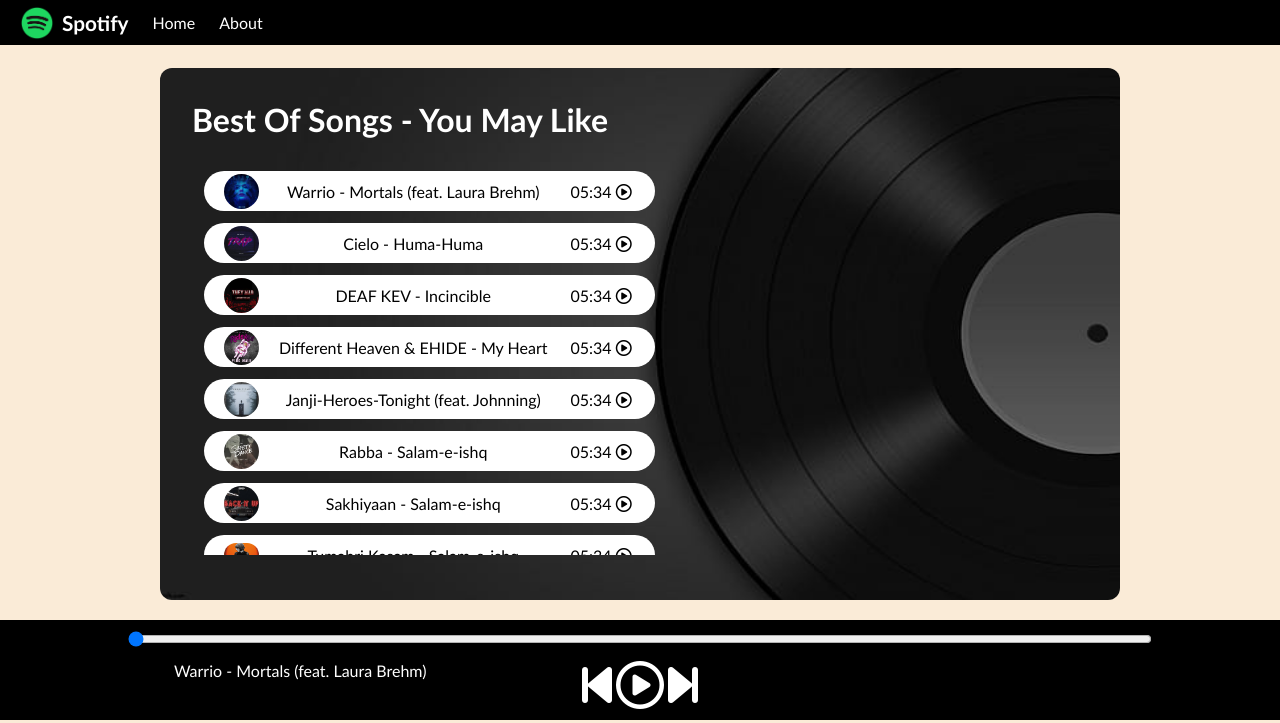
Repository: Chiranshukapil/Spotify-Project
Page: index.html
An editor plug-in stored every save of this project. The page is shown before and after the next save, followed by the edit.
The browser window is 1280 px wide. The pictures show the whole page.
Some web libraries are served in a nearby version.

Above is the page before, as saved 2024-06-26 17:38:33.

After the next save:
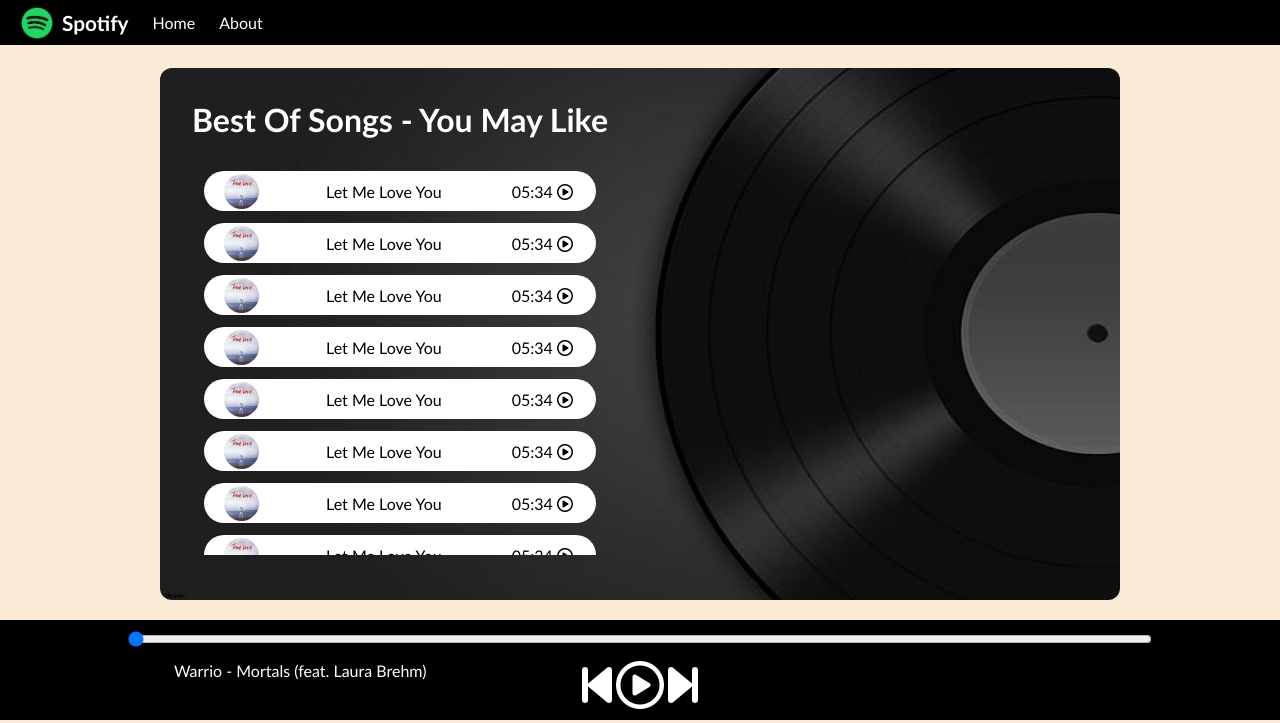
Console error: SyntaxError: Unexpected token '{'
Saved 44 s later.
--- a/script.js
+++ b/script.js
@@ -14,6 +14,8 @@
     {songname: "Janji-Heroes-Tonight (feat. Johnning)", filepath: "Files/songs/5.mp3", coverpath: "Files/covers/5.jpg"},
     {songname: "Rabba - Salam-e-ishq", filepath: "Files/songs/6.mp3", coverpath: "Files/covers/6.jpg"},
     {songname: "Sakhiyaan - Salam-e-ishq", filepath: "Files/songs/7.mp3", coverpath: "Files/covers/7.jpg"},
+    {songname: "Tumahri Kasam - Salam-e-ishq", filepath: "Files/songs/8.mp3", coverpath: "Files/covers/8.jpg"}
+    {songname: "Tumahri Kasam - Salam-e-ishq", filepath: "Files/songs/8.mp3", coverpath: "Files/covers/8.jpg"}
     {songname: "Tumahri Kasam - Salam-e-ishq", filepath: "Files/songs/8.mp3", coverpath: "Files/covers/8.jpg"}
 ]
 

After the 2 saves that followed:
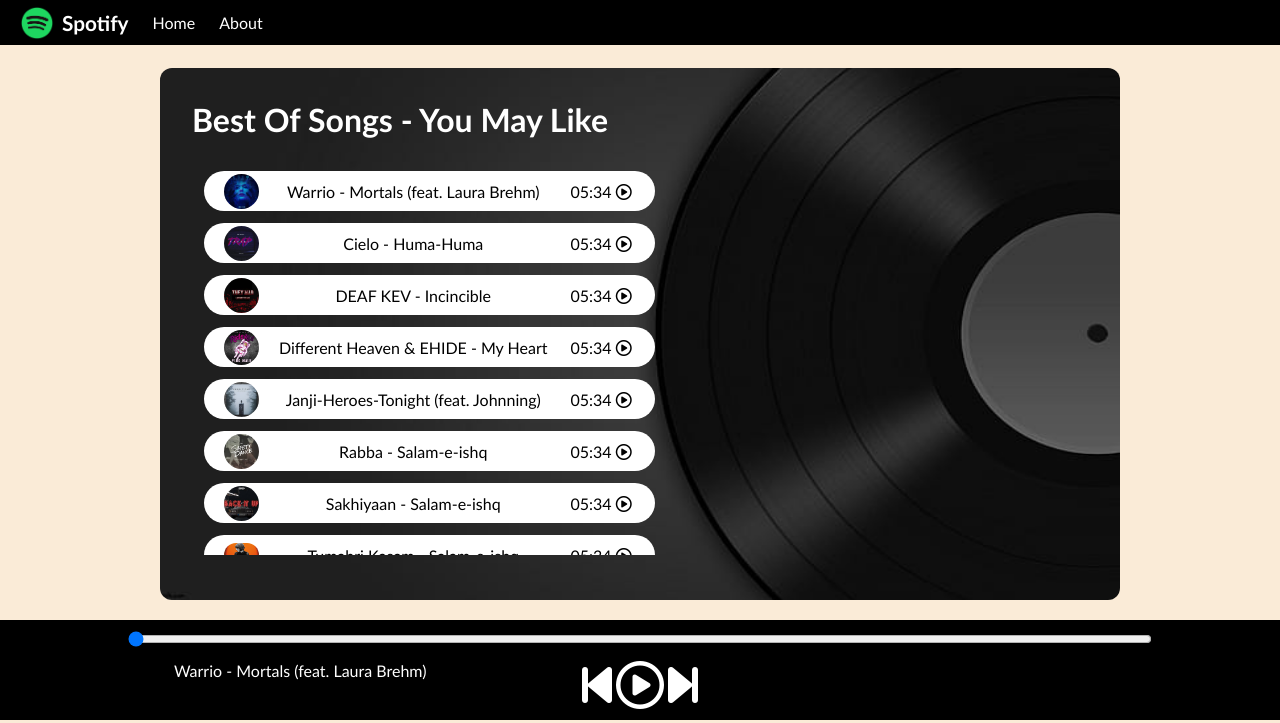
The error is gone.
The 2 saves are shown as one change because they came seconds apart.
The last was saved 6 s later.
--- a/script.js
+++ b/script.js
@@ -14,8 +14,8 @@
     {songname: "Janji-Heroes-Tonight (feat. Johnning)", filepath: "Files/songs/5.mp3", coverpath: "Files/covers/5.jpg"},
     {songname: "Rabba - Salam-e-ishq", filepath: "Files/songs/6.mp3", coverpath: "Files/covers/6.jpg"},
     {songname: "Sakhiyaan - Salam-e-ishq", filepath: "Files/songs/7.mp3", coverpath: "Files/covers/7.jpg"},
-    {songname: "Tumahri Kasam - Salam-e-ishq", filepath: "Files/songs/8.mp3", coverpath: "Files/covers/8.jpg"}
-    {songname: "Tumahri Kasam - Salam-e-ishq", filepath: "Files/songs/8.mp3", coverpath: "Files/covers/8.jpg"}
+    {songname: "Tumahri Kasam - Salam-e-ishq", filepath: "Files/songs/8.mp3", coverpath: "Files/covers/8.jpg"},
+    {songname: "Tumahri Kasam - Salam-e-ishq", filepath: "Files/songs/8.mp3", coverpath: "Files/covers/8.jpg"},
     {songname: "Tumahri Kasam - Salam-e-ishq", filepath: "Files/songs/8.mp3", coverpath: "Files/covers/8.jpg"}
 ]
 
